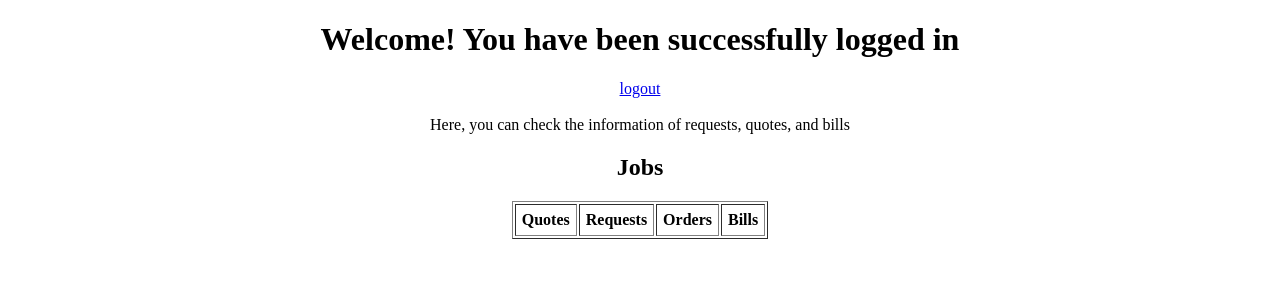
Repository: Sahithkonuganti/DatabaseProject
Page: http://localhost/database/clientpage.jsp
An editor plug-in stored every save of this project. The page is shown before and after a run of saves, followed by the edit.
The browser window is 1280 px wide. The pictures show the whole page.
The page is served by Tomcat 9.

Above is the page before, as saved 2023-10-27 20:52:27.

After the next 4 saves:
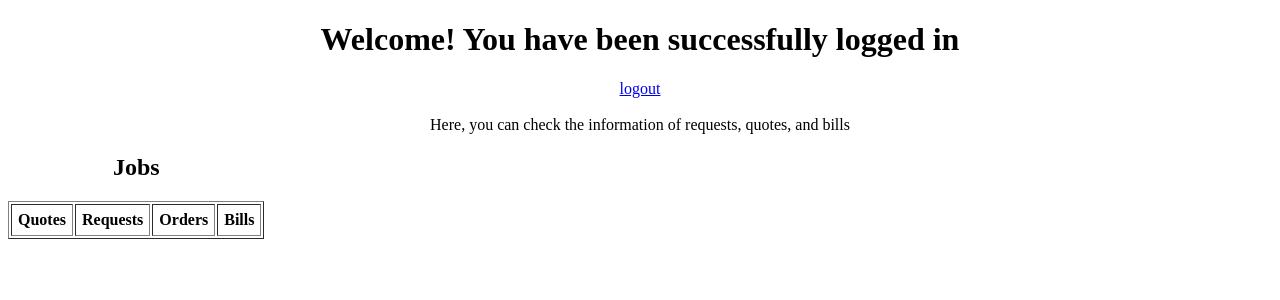
The 4 saves are shown as one change because 3 did not build or start.
The last was saved 17 h 19 min later.
--- a/database/WebContent/clientpage.jsp
+++ b/database/WebContent/clientpage.jsp
@@ -9,16 +9,21 @@
 <title>Client page</title>
 </head>
 <!--  originally called activitypage.jsp -->
+<head>
+<meta charset="ISO-8859-1">
+<title>Activity page</title>
+</head>
+
 <center><h1>Welcome! You have been successfully logged in</h1> </center>
 
 
 	<body>
-	<center>
-		<a href="login.jsp"target ="_self" > logout</a><br><br>
-		<a>Here, you can check the information of requests, quotes, and bills</a>
-		<div align="center">
-			<table border="1" cellpadding="6">
-				<caption><h2>Jobs</h2></caption>
+	 <center>
+		 <a href="login.jsp"target ="_self" > logout</a><br><br>
+		 <a>Here, you can check the information of requests, quotes, and bills</a>
+		 </center>
+		 <table border="1" cellpadding="6">
+					<caption><h2>Jobs</h2></caption>
 				<tr>
 					<th>Quotes</th>
 					<th>Requests</th>
@@ -29,4 +34,6 @@
 		</div>
 	</center>
 	</body>
+	</body>
+
 </html>
